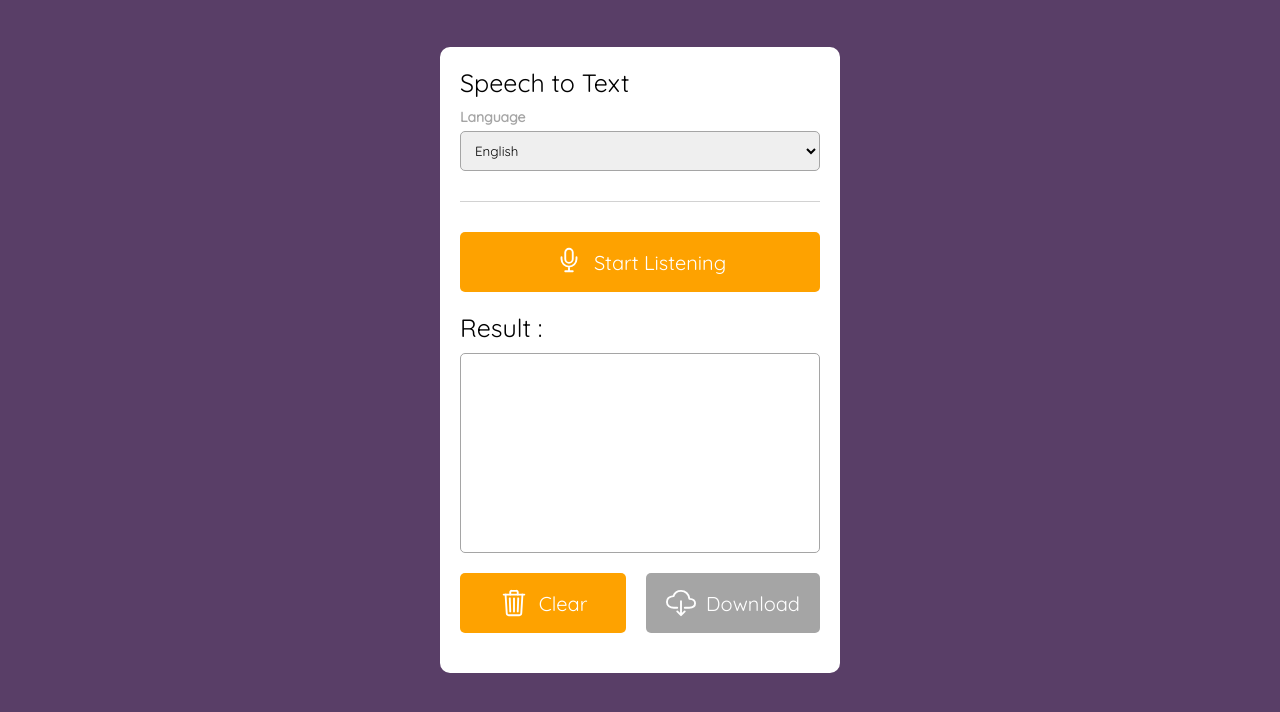
Repository: tsthuy/SpeechToText
Page: index.html
An editor plug-in stored every save of this project. The page is shown before and after the next save, followed by the edit.
The browser window is 1280 px wide. The pictures show the whole page.

Above is the page before, as saved 2023-08-28 03:18:25.

After the next save:
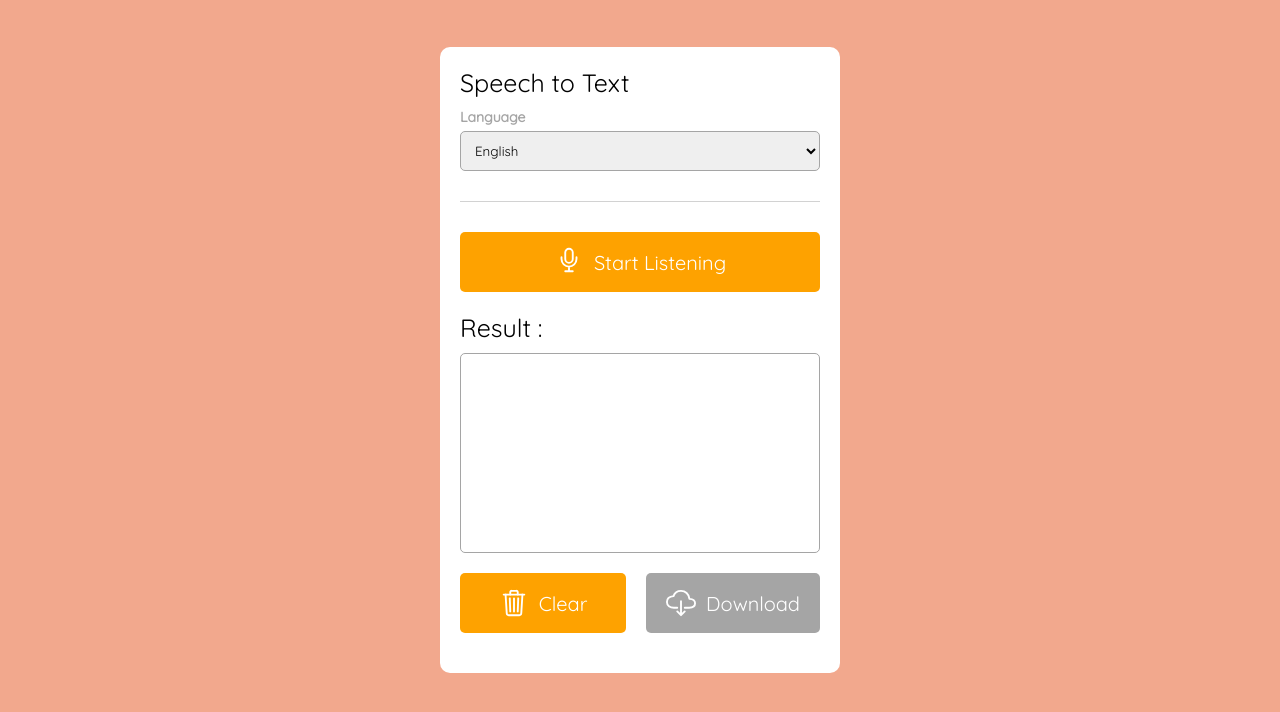
Saved 80 s later.
--- a/style.css
+++ b/style.css
@@ -4,7 +4,7 @@
   --bg-color: #fff;
   --text-color: #000;
   --light-text-color: #a5a5a5;
-  --body-bg-color: #593E67;
+  --body-bg-color: #F2A88D;
 }
 * {
   margin: 0;
